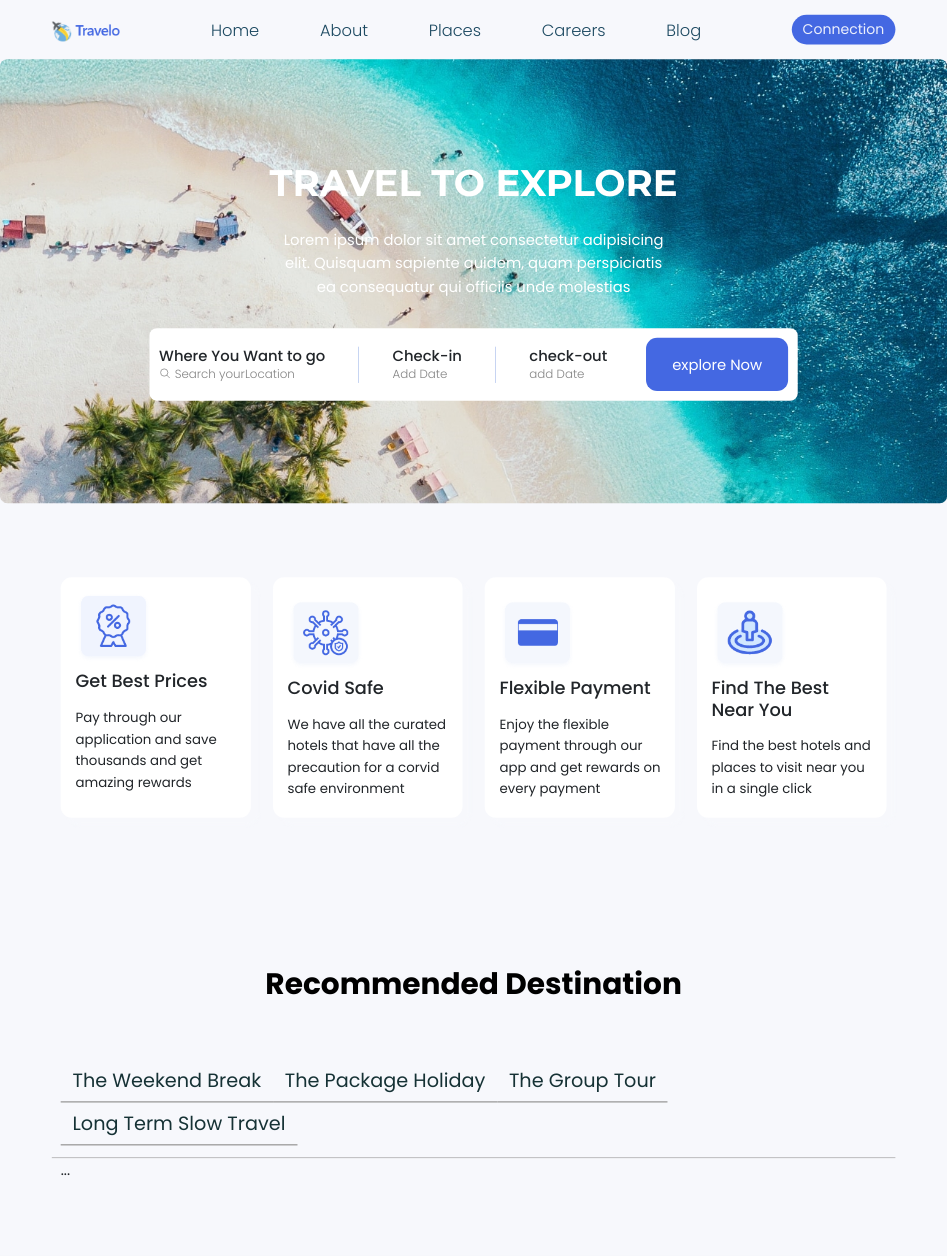
Repository: kuluong2000/travel
Page: index.html
An editor plug-in stored every save of this project. The page is shown before and after the next save, followed by the edit.
The browser window is 1280 px wide. The pictures show the whole page, at 74% of full size.
The style sheet was rebuilt from its Sass, Less or Tailwind sources for each picture, by a compiler version that may differ from the author's.

Above is the page before, as saved 2021-09-09 20:25:35.

### index.html
<!DOCTYPE html>
<html lang="en">
  <head>
    <meta charset="UTF-8" />
    <meta http-equiv="X-UA-Compatible" content="IE=edge" />
    <meta name="viewport" content="width=device-width, initial-scale=1.0" />
    <link rel="stylesheet" href="./libs/css/bootstrap.min.css" />
    <link rel="stylesheet" href="./libs/css/animate.css" />
    <link rel="stylesheet" href="./libs/css/slick-theme.css" />
    <link rel="stylesheet" href="./libs/css/slick.css" />
    <link rel="stylesheet" href="./assets/css/reset.css" />
    <link rel="stylesheet" href="./assets/css/style.css" />
    <link rel="stylesheet" href="./assets/css/responsive.css" />
    <title>Document</title>
  </head>
  <body>
    <header class="header">
      <div class="container">
        <div class="row">
          <div class="header__main">
            <div class="header__logo">
              <a href="/">
                <img src="./assets/image/logo.png" alt="" srcset="" />
              </a>
            </div>
            <div class="sub-menu">
              <div class="line1"></div>
              <div class="line2"></div>
              <div class="line3"></div>
            </div>
            <nav>
              <ul class="header__menu">
                <li class="header__menu__item">
                  <a class="header__mennu__item__link" href="/">Home</a>
                </li>
                <li class="header__menu__item">
                  <a class="header__mennu__item__link" href="/">About</a>
                </li>
                <li class="header__menu__item">
                  <a class="header__mennu__item__link" href="/">Places</a>
                </li>
                <li class="header__menu__item">
                  <a class="header__mennu__item__link" href="/">Careers</a>
                </li>
                <li class="header__menu__item">
                  <a class="header__mennu__item__link" href="/">Blog</a>
                </li>
              </ul>
            </nav>
            <a href="#" class="header__conn"> Connection </a>
          </div>
        </div>
      </div>
    </header>
    <main>
      <section class="banner">
        <div class="container">
          <div class="row">
            <div class="banner__main">
              <div class="banner__main__top">
                <h1 class="banner__main__title">Travel To explore</h1>
                <p class="banner__main__desc">Lorem ipsum dolor sit amet consectetur adipisicing elit. Quisquam sapiente quidem, quam perspiciatis ea consequatur qui officiis unde molestias</p>
              </div>
              <div class="banner__main__bottom">
                <div class="banner__main_list">
                  <div class="banner__main__item">
                    <h4 class="banner__main__item__caption">Where You Want to go</h4>
                    <a href="/" class="banner__main__item__desc">
                      <ion-icon name="search-outline" class="banner__main__item__desc--icon"> </ion-icon>
                      <p>Search yourLocation</p>
                    </a>
                  </div>
                  <div class="banner__main__item">
                    <h4 class="banner__main__item__caption">Check-in</h4>
                    <a href="/" class="banner__main__item__desc">Add Date</a>
                  </div>
                  <div class="banner__main__item">
                    <h4 class="banner__main__item__caption">check-out</h4>
                    <a href="/" class="banner__main__item__desc">add Date</a>
                  </div>
                </div>
                <a href="/" class="banner__btn"> explore Now</a>
              </div>
            </div>
          </div>
        </div>
      </section>
      <section class="about">
        <div class="container">
          <div class="row">
            <div class="about__main">
              <div class="about__item">
                <img src="./assets/image/bestPrices.png" alt="" class="about__item--img" />
                <div class="about__item__info">
                  <h4 class="about__item--title">Get Best Prices</h4>
                  <p class="about__item--desc">Pay through our application and save thousands and get amazing rewards</p>
                </div>
              </div>
              <div class="about__item">
                <img src="./assets/image/covidSafe.png" alt="" class="about__item--img" />
                <div class="about__item__info">
                  <h4 class="about__item--title">Covid Safe</h4>
                  <p class="about__item--desc">We have all the curated hotels that have all the precaution for a corvid safe environment</p>
                </div>
              </div>

              <div class="about__item">
                <img src="./assets/image/payment.png" alt="" class="about__item--img" />
                <div class="about__item__info">
                  <h4 class="about__item--title">Flexible Payment</h4>
                  <p class="about__item--desc">Enjoy the flexible payment through our app and get rewards on every payment</p>
                </div>
              </div>
              <div class="about__item">
                <img src="./assets/image/nearYou.png" alt="" class="about__item--img" />
                <div class="about__item__info">
                  <h4 class="about__item--title">Find The Best Near You</h4>
                  <p class="about__item--desc">Find the best hotels and places to visit near you in a single click</p>
                </div>
              </div>
            </div>
          </div>
        </div>
      </section>
      <section class="destination">
        <div class="container">
          <div class="row">
            <h2 class="destination__title">Recommended Destination</h2>
            <div class="destination__menu">
              <ul class="nav nav-pills mb-3" id="pills-tab" role="tablist">
                <li class="nav-item destination__menu__item" role="presentation">
                  <button
                    class="nav-link destination__menu__link active"
                    id="pills-home-tab"
                    data-bs-toggle="pill"
                    data-bs-target="#pills-home"
                    type="button"
                    role="tab"
                    aria-controls="pills-home"
                    aria-selected="true"
                  >
                    The Weekend Break
                  </button>
                </li>
                <li class="nav-item destination__menu__item" role="presentation">
                  <button
                    class="nav-link destination__menu__link"
                    id="pills-profile-tab"
                    data-bs-toggle="pill"
                    data-bs-target="#pills-profile"
                    type="button"
                    role="tab"
                    aria-controls="pills-profile"
                    aria-selected="false"
                  >
                    The Package Holiday
                  </button>
                </li>
                <li class="nav-item destination__menu__item" role="presentation">
                  <button
                    class="nav-link destination__menu__link"
                    id="pills-contact-tab"
                    data-bs-toggle="pill"
                    data-bs-target="#pills-contact"
                    type="button"
                    role="tab"
                    aria-controls="pills-contact"
                    aria-selected="false"
                  >
                    The Group Tour
                  </button>
                </li>
                <li class="nav-item destination__menu__item" role="presentation">
                  <button
                    class="nav-link destination__menu__link"
                    id="pills-contact-tab"
                    data-bs-toggle="pill"
                    data-bs-target="#pills-contact"
                    type="button"
                    role="tab"
                    aria-controls="pills-contact"
                    aria-selected="false"
                  >
                    Long Term Slow Travel
                  </button>
                </li>
              </ul>
            </div>
            <div class="tab-content" id="pills-tabContent">
              <div class="tab-pane fade show active" id="pills-home" role="tabpanel" aria-labelledby="pills-home-tab">...</div>
              <div class="tab-pane fade" id="pills-profile" role="tabpanel" aria-labelledby="pills-profile-tab">...</div>
              <div class="tab-pane fade" id="pills-contact" role="tabpanel" aria-labelledby="pills-contact-tab">...</div>
            </div>
          </div>
        </div>
      </section>
    </main>

    <script src="./libs/Js/jquery-3.5.1.slim.min.js"></script>
    <script type="module" src="https://unpkg.com/ionicons@5.5.2/dist/ionicons/ionicons.esm.js"></script>
    <script nomodule src="https://unpkg.com/ionicons@5.5.2/dist/ionicons/ionicons.js"></script>
    <script src="./libs/Js/bootstrap.min.js"></script>
    <script src="./libs/Js/slick.min.js"></script>
    <script src="./libs/Js/wow.js"></script>
    <script src="./assets/Js/main.js"></script>
  </body>
</html>

### assets/css/reset.css
html, body, div, span, applet, object, iframe,
h1, h2, h3, h4, h5, h6, p, blockquote, pre,
a, abbr, acronym, address, big, cite, code,
del, dfn, em, img, ins, kbd, q, s, samp,
small, strike, strong, sub, sup, tt, var,
b, u, i, center,
dl, dt, dd, ol, ul, li,
fieldset, form, label, legend,
table, caption, tbody, tfoot, thead, tr, th, td,
article, aside, canvas, details, embed,
figure, figcaption, footer, header, hgroup,
menu, nav, output, ruby, section, summary,
time, mark, audio, video {
	margin: 0;
	padding: 0;
	border: 0;
	font-size: 100%;
	vertical-align: baseline;
}
/* HTML5 display-role reset for older browsers */
article, aside, details, figcaption, figure,
footer, header, hgroup, menu, nav, section {
	display: block;
}
* {
	box-sizing: border-box;
}
body {
	line-height: 1;
  font-family: 'Muli', sans-serif;


  font-style: normal;
  font-weight: normal;
  font-size: 16px;
  line-height: 32px;
}
ol, ul {
	list-style: none;
}
blockquote, q {
	quotes: none;
}
blockquote:before, blockquote:after,
q:before, q:after {
	content: '';
	content: none;
}
table {
	border-collapse: collapse;
	border-spacing: 0;
}

img {
  max-width: 100%;
	vertical-align: bottom;
}
a {
	outline: none;
}

### assets/css/responsive.css

@media (min-width:1920px){
    .container{
        max-width: 1804px;
    }
}
@media (min-width:1400px) and (max-width:1919px){
    .about {
        padding: 115px 0px;
    }
    .about__main {
        grid-column-gap: 30px;

    }
    .about__item {
    padding: 29px 30px 25px 26px;
}
}
@media (min-width:1200px) and (max-width:1399px){
    .about {
        padding: 100px 0px;
    }
    .about__main {
        grid-column-gap: 30px;
    }

    .about__item--desc {
      font-size: 18px;
    }
    .about__item:first-child {
        padding: 20px 23px 13px 20px;
    }
    .about__item:nth-child(2) {
        padding: 29px 10px 25px 20px;
    }
    .about__item:nth-child(3) {
     padding: 29px 14px 25px 20px;
    }
    .about__item:last-child {
        padding: 29px 20px 10px 20px;
    }
}
@media (min-width:992px) and (max-width:1199px){
    .header__menu__item:not(:first-child) {
        margin-left: 65px;
    }
    .about__main {

        grid-column-gap: 20px;
    }
    .about__item:first-child,
    .about__item:nth-child(2),
    .about__item:nth-child(3),
    .about__item:last-child {
        padding: 29px 10px 15px 15px;
    }
    .about__item--desc {
        font-size: 16px;
    }
    .about__item--title {
        font-size: 20px;
    }
}
@media (min-width:768px) and (max-width:991px){
    .header__menu__item:not(:first-child) {
        margin-left: 25px;
    }
    .header__conn {

        font-size: 16px;
        padding: 3px 10px;
    }
    /* banner */
    .header__mennu__item__link {
        font-size: 20px;
    }
    .banner {
        min-height: 450px;
    }
    .banner__main__item:not(:last-child) {
        margin-right: 15px;
        padding-right: 10px;
    }
    .banner__main__title {
        font-size: 30px;
    }
    .banner__main__desc {
        width: 70%;
        margin-bottom: 20px;
    }
    .banner__main__bottom {
        width: 85%;
        padding: 13px;
        margin: 0 auto;
    }
    .banner__btn {
        padding: 10px 15px;
    }
    .banner__main__item__caption {
        font-size: 18px;
    }
    /* about */
    .about {
         padding: 50px;
    }
    .about__main {
        grid-template-columns: repeat(2, 1fr);
        grid-column-gap: 30px;
        grid-row-gap: 30px;
    }

    .about__item:first-child {
        padding: 29px 30px 21px 26px;
    }

    .about__item:nth-child(2) {
        padding: 29px 18px 25px 15px;
    }
    .about__item--title {
         font-size: 20px;
      }
}
@media  (max-width:767px){
    .container{
        max-width: 100%;
        padding: 0 1.5%;
        margin:0 ;
    }

    .header__main {
        padding: 10px;
    }
    .header__menu {
        position: absolute;
        flex-direction: column;
        background: #1C4961;
        width: 100%;
        height: 100vh;
        left: 0;
        top: 50px;
        transition: 0.5s ;
        transform: translateX(-100%);
        justify-content: unset;
        z-index: 999;
    }
    .header__menu.active{
        transform: translateX(0);
    }
    .header__mennu__item__link {
        color: white;;
    }
    .sub-menu{
        display: block;
        left: 90%;
        top: 50%;
        transform: translate(-50%,-50%);
    }
    .header__menu__item:not(:first-child) {
        margin-left: 0;
    }
    .header__menu__item{
        margin-top: 30px;
    }
    .header__conn {
        font-size: 14px;
        position: absolute;
        padding: 3px 10px;
        right: 20%;
    }
    /* banner */
    .banner {
         min-height: 40vh;
    }
    .banner__main__bottom {
         display: none;
    }
    .banner__main__title {
        font-size: 5vw;
    }
    .banner__main__desc {
        width: 90vw;
        margin-bottom: 20px;
        font-size: 3vw;
    }
    /* about */
    .about {
        padding: 40px 0;
    }
    .about__main {
        grid-template-columns: repeat(1, 1fr);
        grid-row-gap: 10px;
    }
    .about__item--img {
        width: 70px;
        height: auto;
    }
    .about__item--title {
        font-size: 18px;
        margin-bottom: 10px;
    }
    .about__item--desc {
         font-size: 16px;
    }
    .about__item:first-child,
    .about__item:nth-child(2),
    .about__item:nth-child(3),
    .about__item:last-child {
        padding: 25px 10px 15px 20px;
    }

}

### assets/Js/main.js
const sub_menu = document.querySelector('.sub-menu');
const menu = document.querySelector('.header__menu');
sub_menu.addEventListener('click', ()=>{
    sub_menu.classList.toggle('active');;
    menu.classList.toggle('active');
})

### assets/sass/style.scss
@import "global";
@import "variable";
@import "header";
@import "banner";
@import "about";
@import "destination";

### assets/sass/_global.scss
@import url('https://fonts.googleapis.com/css2?family=Montserrat:wght@300;400;500;600;700;800;900&family=Poppins:wght@300;400;500;600;700;800;900&display=swap');
*{
    padding: 0;
    margin: 0;
    box-sizing: border-box;
}
body{
    font-family: 'Poppins', sans-serif;
    line-height: 1.6;
    font-size: 20px;
    background-color: rgb(247,248,252);
}

### assets/sass/_variable.scss
$color-white:#FFFFFF;
$color-dark-blue:#1C4961;

$color-blue:#4468E2;
$color-light-blue:#E1E8F8;
$color-black:#000000;
$color-text:#163235;
$color-gray:#848484

### assets/sass/_header.scss
.header{
    position: relative;
    &__main{
        display:flex;
        justify-content: space-between;
        align-items: center;
        padding:20px 0

    }
    &__logo{
        display: inline-block;

    }
    &__menu{
        display:flex;
        justify-content: space-between;
        align-items: center;

    }
    &__menu__item:not(:first-child){
        margin-left: 82px;
    }
    &__mennu__item__link{
        text-decoration: none;
        color: $color-dark-blue;
        font-size: 22px;
        position: relative;
        font-weight: 300;
        transition: 0.5s;
        &::after{
            content: '';
            position: absolute;
            width: 100%;
            height: 2px;
            background-color: $color-blue;
            left: 0;
            bottom: 0;
            transition: 0.5s;
            transform: scale(0);
        }
        &:hover{
            color: $color-dark-blue;
            font-weight: 400;
        }
        &:hover::after{
            transform: scale(1);
        }
    }
    &__conn{
        text-decoration: none;
        background-color: $color-blue;
        color:rgba($color-white, $alpha: 0.9) ;
        font-size: 19px;
        border-radius: 25px;
        padding:5px 15px;
        transition: 0.5s;

        &:hover{
             color:rgba($color-white, $alpha: 1) ;
            background-color: $color-dark-blue;
        }
    }
}
.sub-menu{
    position: absolute;
    display: none;
}
.sub-menu div {
    cursor: pointer;
    width: 25px;
    height: 3px;
    background-color: $color-dark-blue;
    margin: 5px;
    transition: transform 0.5s linear;
}
.active .line1{
    transform:  rotate(-45deg) translate(-5px,6px);
}
.active .line2{
    opacity: 0;
}
.active .line3{
    transform: rotate(45deg) translate(-5px, -6px);
}

### assets/sass/_banner.scss
.banner{
    background: url(../image/banner.jpg) no-repeat center /  cover;
    min-height: 600px;
    border-radius: 10px;
    position: relative;

  &__main{
      position:absolute;
      width:max-content;
      top: 50%;
      left: 50%;
      transform: translate(-50%,-50%);
}
  &__main__top{

    text-align: center;

}
  &__main__title{
    font-size: 50px;
    font-family: 'Montserrat',sans-serif;
    font-weight: bold;
    text-transform: uppercase;
    color: white;
    margin-bottom: 29px;
}
  &__main__desc{
    color:$color-white;
    width: 540px;
    margin: 0 auto 40px;
}
  &__main__bottom{
    background-color: white;
    display: flex;
    width: 876px;
    justify-content: space-between;
    align-items: center;
    padding: 13px;
    border-radius: 10px;

}
  &__main_list{
    display: flex;
    justify-content: space-between;
    align-items: center;

}
  &__main__item:not(:last-child){
      margin-right: 45px;
      padding-right: 45px;
      border-right: 1px solid #B4C6EE;

}
  &__main__item__caption{

}
  &__main__item__desc{
    text-decoration: none;
    font-weight: 300;
    color: $color-gray;
    font-size: 16px;
    display: flex;

    align-items: center;
    &:hover{
        color: $color-gray;
    }
    &--icon{
        margin-right: 5px;
    }

}
  &__btn{
    padding: 20px 35px;
    color: $color-white;
    background-color: $color-blue;
    border-radius: 15px;
    text-decoration: none;
    &:hover{
        color: $color-white;
    }
}

}

### assets/sass/_about.scss
.about {
    padding: 178px 0;
  &__main{
    display: grid;
    grid-template-columns: repeat(4,1fr);
    grid-column-gap: 100px;
}
  &__item{

    background-color:$color-white;
    border-radius: 15px;
    box-shadow: 10px 10px 5px 0px rgba(247,248,252,0.75);

    display: flex;
    flex-direction: column;
    &:first-child{
        padding: 29px 68px 21px 26px;
    }
    &:nth-child(2){
         padding: 29px 58px 25px 26px;
    }
    &:nth-child(3){
         padding: 29px 14px 51px 31px;
    }
    &:last-child{
        padding: 29px 33px 51px 24px;
    }


}
  &__item__info{
      margin-top: 10px;
    display: flex ;
    flex-direction: column;
    flex: 1;

  }
  &__item--img{
    width: 103px;
    height: 97px;

}
  &__item--title{
    font-size: 24px;
    margin-bottom: 20px;
}
  &__item--desc{
    font-size: 18px;
}
}

### assets/sass/_destination.scss
.destination{
    padding: 100px 0;
    &__title{
        font-size: 40px;
        font-weight: bold;
        color: $color-black;
        margin-bottom:79px;
        text-align: center;
    }
    &__menu{
        width: 1200px;
        margin: 0 auto;

        border-bottom:  1px solid #A7A7A7;
        &__item{

        }
        &__link{
            color: $color-text;
            font-size: 26px;
            position: relative;
            &::before{
                content: '';
                position: absolute;
                bottom: 0;
                left: 0;
                width: 100%;
                height: 2px ;
                background-color: #A7A7A7;
            }
        }
        &__link.active{
            background-color: transparent !important;
            color: $color-text !important;
        }
    }



}

Loaded but not shown: libs/css/bootstrap.min.css (library); libs/css/animate.css (library); libs/css/slick-theme.css (library); libs/css/slick.css (common file); libs/Js/jquery-3.5.1.slim.min.js (library); libs/Js/bootstrap.min.js (library); libs/Js/slick.min.js (library); libs/Js/wow.js (library)

After the next save:
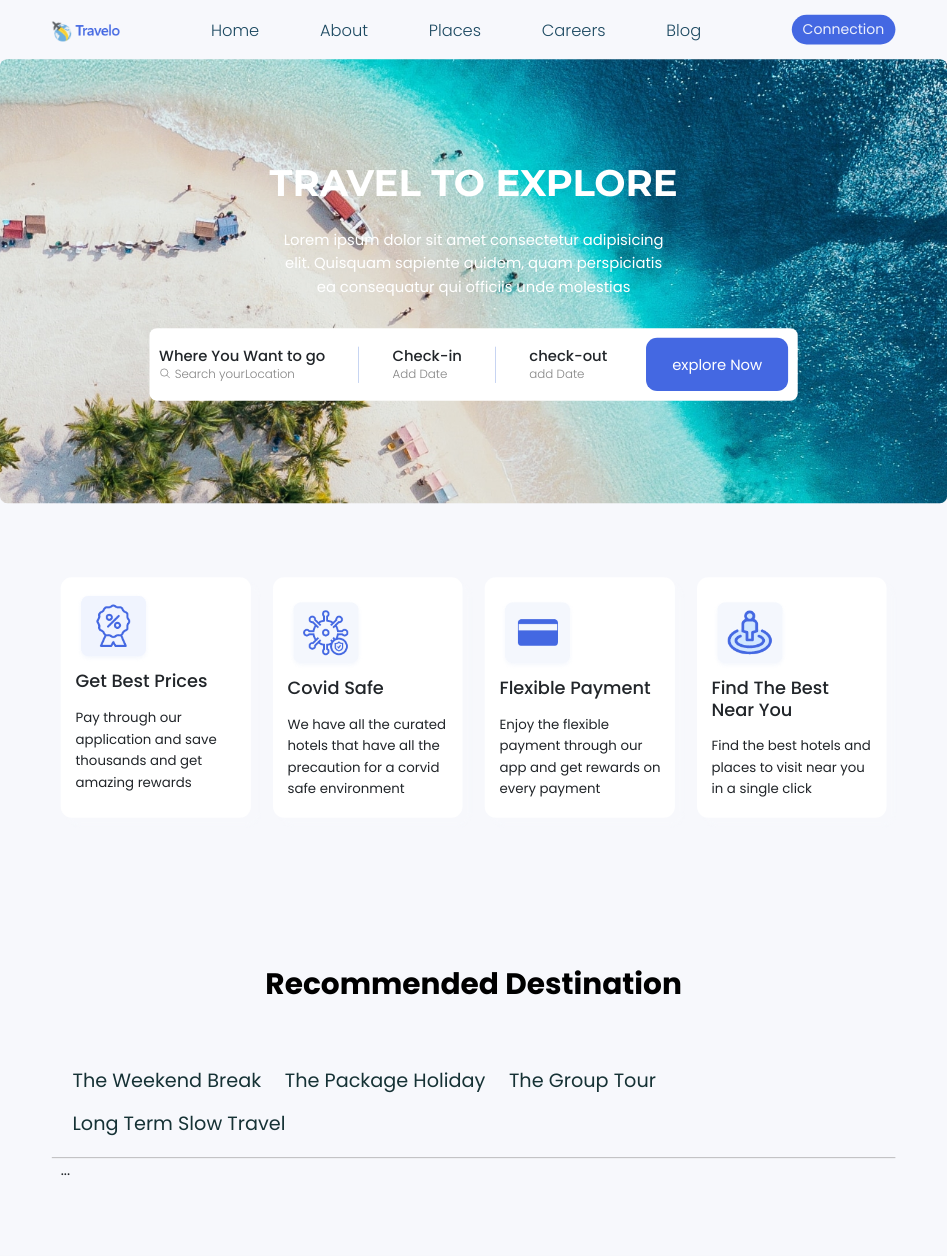
Saved 35 s later.
--- a/assets/sass/_destination.scss
+++ b/assets/sass/_destination.scss
@@ -26,6 +26,7 @@
                 left: 0;
                 width: 100%;
                 height: 2px ;
+                transform: scale(0);
                 background-color: #A7A7A7;
             }
         }
